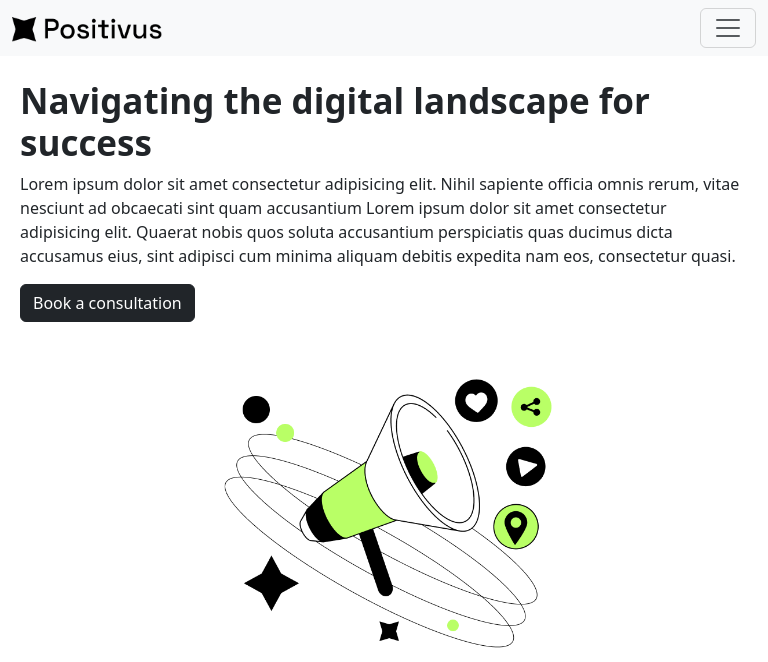
Repository: inshaabbas/CSS-Hackathon-SMIT
Page: index.html
An editor plug-in stored every save of this project. The page is shown before and after the next save, followed by the edit.
The browser window is 768 px wide. The pictures show the part of the page from y = 0 to 662 px (the page is 3358 px tall before and 3308 px after).
A picture or video elsewhere on the page could not be fetched, so the positions and the page height are approximate.

Above is the page before, as saved 2025-06-25 10:38:26.

After the next save:
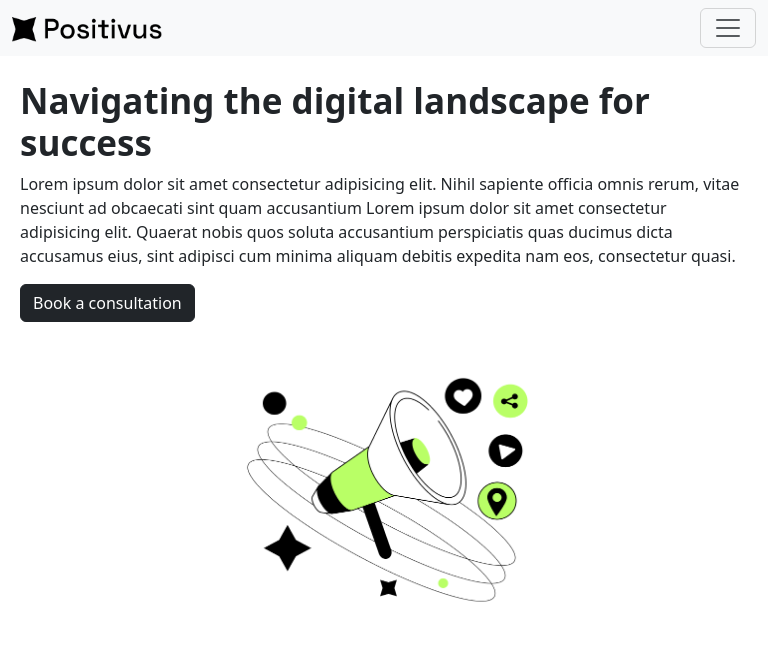
Saved 110 s later.
--- a/style.css
+++ b/style.css
@@ -42,6 +42,11 @@
 
     .hero-text{
     width: 100%;
+}
+
+.hero-img img{
+    width: 300px;
+    height: 250px;
 }
 }
 
